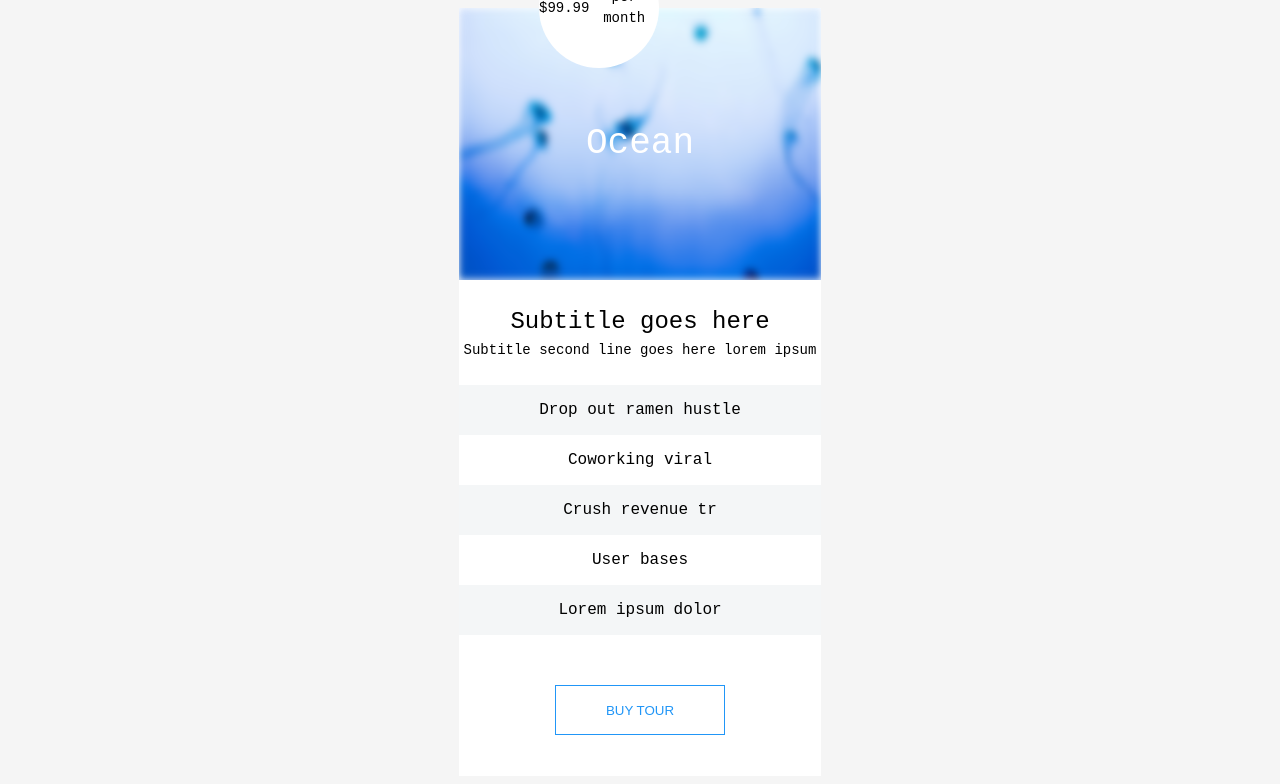
Repository: HoanTiny/pricetable
Page: index.html
The author's editor kept a copy of each file at every save. The page is drawn from the files as they stood at one save, then again after the next save.
The browser window is 1280 px wide. The pictures show the whole page.

Above is the page before, as saved 2022-07-04 10:33:48.

After the next save:
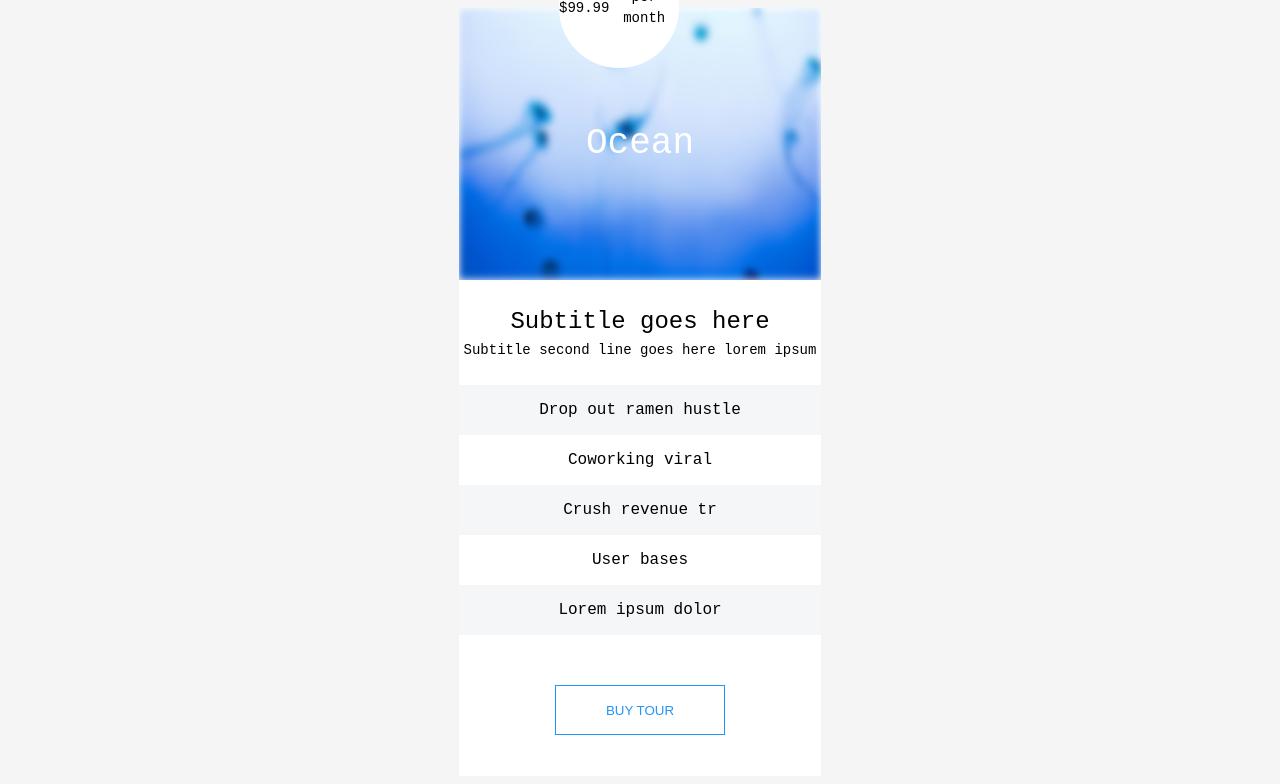
Saved 7 s later.
--- a/assests/css/style.css
+++ b/assests/css/style.css
@@ -91,7 +91,7 @@ img {
 .price {
     position: absolute;
     top: -60px;
-    left: 80px;
+    left: 100px;
     /* transform: translate(-50%, -50%); */
     width: 120px;
     height: 120px;
